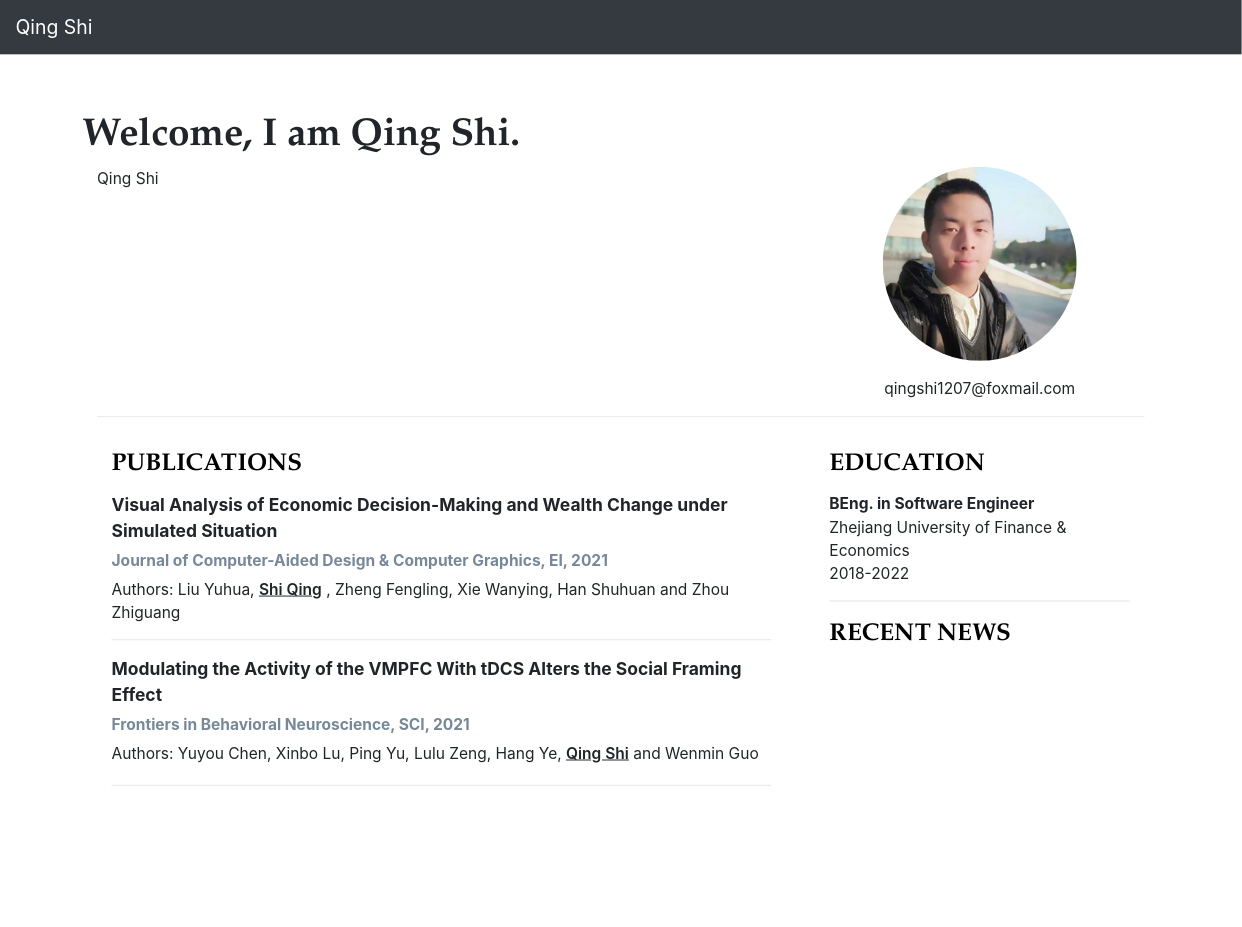
Repository: sqsssq/webpage
Page: index.html
These files come from the project's save history. The page is drawn as it stood at one moment and after the next save; the edit follows.
The browser window is 1280 px wide. The pictures show the whole page, at 97% of full size.
Some web libraries are served in a nearby version.

Above is the page before, as saved 2022-03-28 10:45:57.

### index.html
<!--
 * @Author: Qing Shi
 * @LastEditTime: 2022-03-28 10:45:51
 * @Knowledge:
 * @Description: my homepage
 * @Attention:
-->
<!doctype html>
<html lang="zh-CN">

<head>
    <!-- 必须的 meta 标签 -->
    <meta charset="utf-8">
    <meta name="viewport" content="width=device-width, initial-scale=1, shrink-to-fit=no">
    <title>Qing Shi</title>

    <!-- 新 Bootstrap4 核心 CSS 文件 -->
    <link rel="stylesheet" href="https://cdn.staticfile.org/twitter-bootstrap/4.3.1/css/bootstrap.min.css">

    <!-- jQuery文件。务必在bootstrap.min.js 之前引入 -->
    <script src="https://cdn.staticfile.org/jquery/3.2.1/jquery.min.js"></script>

    <!-- bootstrap.bundle.min.js 用于弹窗、提示、下拉菜单，包含了 popper.min.js -->
    <script src="https://cdn.staticfile.org/popper.js/1.15.0/umd/popper.min.js"></script>

    <!-- 最新的 Bootstrap4 核心 JavaScript 文件 -->
    <script src="https://cdn.staticfile.org/twitter-bootstrap/4.3.1/js/bootstrap.min.js"></script>

    <link rel="stylesheet" href="css/index.css">
    <link rel="shortcut icon" href="icon/bitbug_favicon.ico" />
</head>

<body>

    <nav class="navbar  navbar-dark bg-dark">
        <a class="navbar-brand" href="#">
            Qing Shi
        </a>

        <!-- <button type="button" class="btn btn-outline-primary">中/EN</button> -->
    </nav>

    <div class="container framework">
        <!-- Image and text -->
        <div class="webHeader row">
            <h1 id="ToptitleFont">Welcome, I am Qing Shi.</h1>
            <!-- <hr> -->
            <div class="webIntroduction col-lg-8">
                Qing Shi
            </div>

            <div class="webPhoto col-lg-4">
                <img src="photo/sq3.jpg">
                <div class="info">
                    <!-- <svg class="svg-inline--fa fa-envelope-square fa-w-14 fa-fw fa-lg mr-2" aria-hidden="true" focusable="false" data-prefix="fas" data-icon="envelope-square" role="img" xmlns="http://www.w3.org/2000/svg" viewBox="0 0 448 512" data-fa-i2svg=""><path fill="currentColor" d="M400 32H48C21.49 32 0 53.49 0 80v352c0 26.51 21.49 48 48 48h352c26.51 0 48-21.49 48-48V80c0-26.51-21.49-48-48-48zM178.117 262.104C87.429 196.287 88.353 196.121 64 177.167V152c0-13.255 10.745-24 24-24h272c13.255 0 24 10.745 24 24v25.167c-24.371 18.969-23.434 19.124-114.117 84.938-10.5 7.655-31.392 26.12-45.883 25.894-14.503.218-35.367-18.227-45.883-25.895zM384 217.775V360c0 13.255-10.745 24-24 24H88c-13.255 0-24-10.745-24-24V217.775c13.958 10.794 33.329 25.236 95.303 70.214 14.162 10.341 37.975 32.145 64.694 32.01 26.887.134 51.037-22.041 64.72-32.025 61.958-44.965 81.325-59.406 95.283-70.199z"></path></svg> -->
                    qingshi1207@foxmail.com
                </div>
            </div>
        </div>
        <hr>
        <div class="webMain row">
            <div class="col-lg-8" style="padding-left: 30px; padding-right: 30px;">
                <div id="webPublication">
                    <h3 id="titleFont">
                        PUBLICATIONS
                    </h3>
                    <div class="totalPublic">
                        <div class="public">
                            <p class="ptitle">
                                Visual Analysis of Economic Decision-Making and Wealth Change under Simulated Situation
                            </p>

                            <p class="pub">
                                <span class="full">Journal of Computer-Aided Design & Computer Graphics, EI, 2021</span>
                            </p>
                            <p class="pauthor">
                                <span class="author">Authors:&nbsp;Liu Yuhua,</span>
                                <span class="me">Shi Qing</span>
                                <span class="author">, Zheng Fengling, Xie Wanying, Han Shuhuan and Zhou
                                    Zhiguang</span>
                            </p>
                        </div>
                        <hr>
                        <div class="public">
                            <div class="row">
                                <div class="col"></div>
                                <div class="col-12">
                                    <p class="ptitle">
                                        Modulating the Activity of the VMPFC With tDCS Alters the Social Framing Effect
                                    </p>

                                    <p class="pub">
                                        <span class="full">Frontiers in Behavioral Neuroscience, SCI, 2021</span>
                                    </p>
                                    <p class="pauthor">
                                        <span class="author">Authors:&nbsp;Yuyou Chen, Xinbo Lu, Ping Yu, Lulu Zeng,
                                            Hang
                                            Ye,</span>
                                        <span class="me">Qing Shi</span>
                                        <span class="author"> and Wenmin Guo</span>
                                    </p>
                                </div>
                            </div>
                        </div>
                    </div>
                </div>
                <hr>
            </div>
            <div class="col-lg-4" style="padding-right: 30px;padding-left: 30px;">
                <div id="webEducation">
                    <h3 id="titleFont">
                        <!-- ::before -->
                        EDUCATION
                    </h3>
                    <a style="font-weight: bold;">BEng. in Software Engineer</a>
                    <br>
                    Zhejiang University of Finance & Economics
                    <br>
                    2018-2022
                </div>
                <hr>
                <div id="webSkill">
                    <h3 id="titleFont">RECENT NEWS</h3>
                </div>
            </div>
        </div>
</body>

</html>

### css/index.css
* {
    margin: 0;
    padding: 0;
}

body {
    /* font-family:Georia,serif; */
    background: #ffffff;
    /* font-weight:bold; */
    /* font-size:15px; */
    /* color:#333;
    overflow: hidden; */
    -webkit-font-smoothing: antialiased;
}

.framework {
    /* height: 1000px; */
    margin-top: 30px;
    margin-bottom: 100px;
    padding: 30px 30px 30px 30px;
    width: 90%;
    /* border-color: black; */
    /* border-width: 3px; */
    /* border-style: solid; */
    /* box-shadow: darkgrey 0px 0px 30px 5px ; */
}

/* *, *::before, *::after {
    box-sizing: border-box;
} */

#ToptitleFont {
    /* Garamond */
    font-family: Garamond;
    font-weight: bold;
}

#titleFont {
    /* Garamond */
    font-family: Garamond;
    font-weight: bold;
    font-size: 25px;
    color: rgb(0, 0, 0);
    margin-top: 15px;
    line-height: 1.5;
}

.public {
}

.public p{
    margin-bottom: 5px;
    line-height: 1.5;

}

.public .ptitle {
    font-weight: 700;
    font-size: 18px;
}

.public .pauthor {
    font-size: 16px;
    font-weight: 400;
}

.public .me {
    font-weight: 600;
    text-decoration: underline;
}
.public .pub {
    display: flex;
    align-items: center;
    flex-wrap: wrap;
}

.public .full {
    font-size: 16px;
    font-weight: 700;
    color: lightslategray;
}

/* #titleFont:before {
    content: "";
    display: inline-block;
    width: 5px;
    height: 100%;
    background: #54b689;
    position: absolute;
    left: 0;
    top: 0;
} */

.webPhoto {
    /* align-items: center; */
    /* background-color: aqua; */
    display: flex;
    flex-direction: column;
    justify-content: center;
    align-items: center;
}

.webPhoto img {
    border-radius: 50%;
}

img {
    vertical-align: middle;
    border-style: none;
    height: 200px;
    width: 200px;
}

.webPhoto .info {
    margin-top: 15px;
    text-align: center;
    line-height: 1.64;
}

/*chrome--------------------------------------------start*/
::-webkit-scrollbar {
    width: 8px;
    height: 8px;
}

/* Track */
::-webkit-scrollbar-track {
    background: #ffffff;
    border-radius: 8px;
}

/* Handle */
::-webkit-scrollbar-thumb {
    background: rgb(201, 201, 202);
    border-radius: 8px;
}

/* Handle on hover */
::-webkit-scrollbar-thumb:hover {
    background: rgb(162, 162, 163);
}

.el-menu::-webkit-scrollbar,
.el-table__body-wrapper::-webkit-scrollbar {
    display: none;
}

.el-menu:hover::-webkit-scrollbar,
.el-table__body-wrapper:hover::-webkit-scrollbar {
    display: block;
}

/*chrome--------------------------------------------end*/

After the next save:
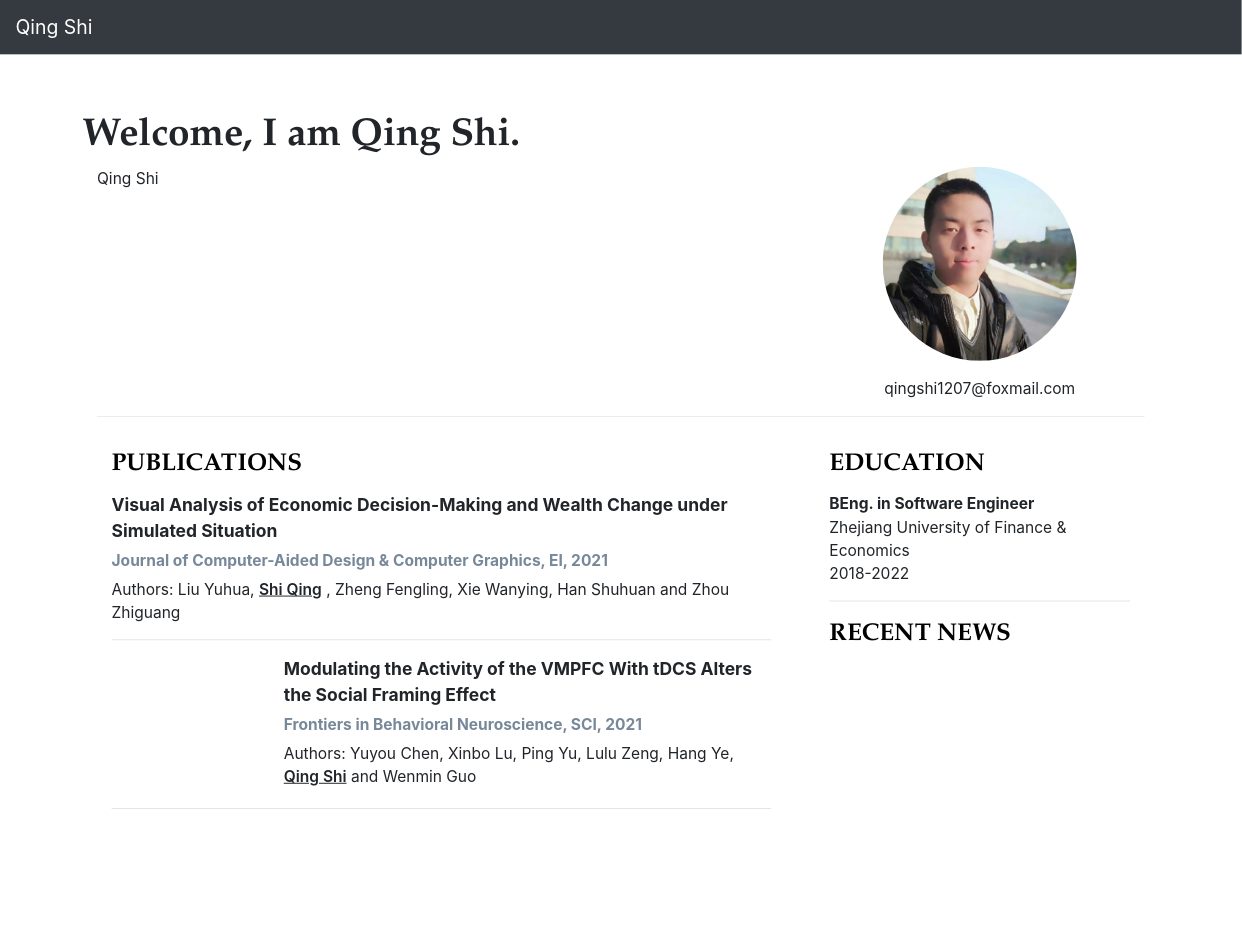
Saved 24 s later.
--- a/index.html
+++ b/index.html
@@ -84,7 +84,7 @@
                         <div class="public">
                             <div class="row">
                                 <div class="col"></div>
-                                <div class="col-12">
+                                <div class="col-9">
                                     <p class="ptitle">
                                         Modulating the Activity of the VMPFC With tDCS Alters the Social Framing Effect
                                     </p>

After the save that followed:
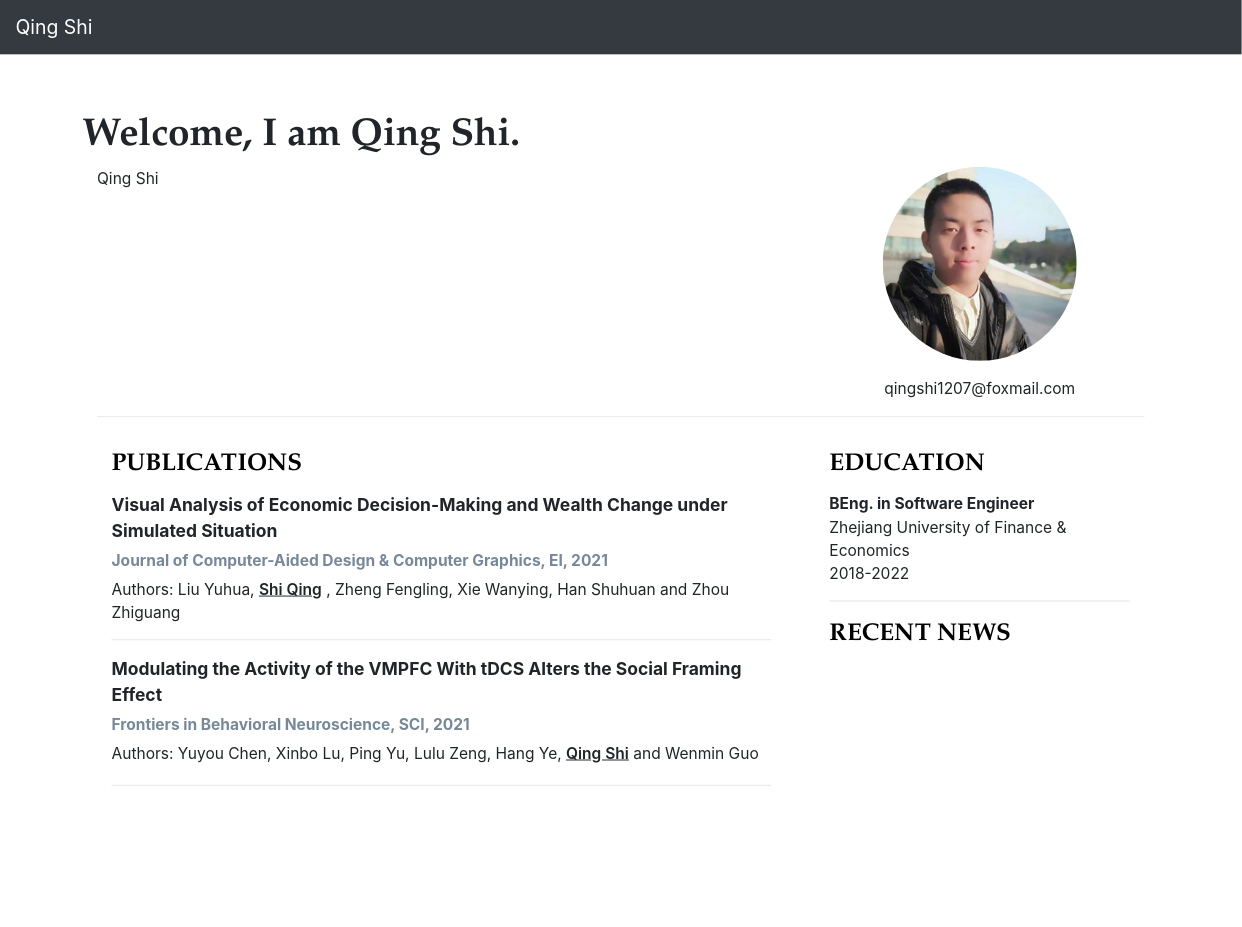
Saved 5 s later.
--- a/index.html
+++ b/index.html
@@ -84,7 +84,7 @@
                         <div class="public">
                             <div class="row">
                                 <div class="col"></div>
-                                <div class="col-9">
+                                <div class="col-12">
                                     <p class="ptitle">
                                         Modulating the Activity of the VMPFC With tDCS Alters the Social Framing Effect
                                     </p>
